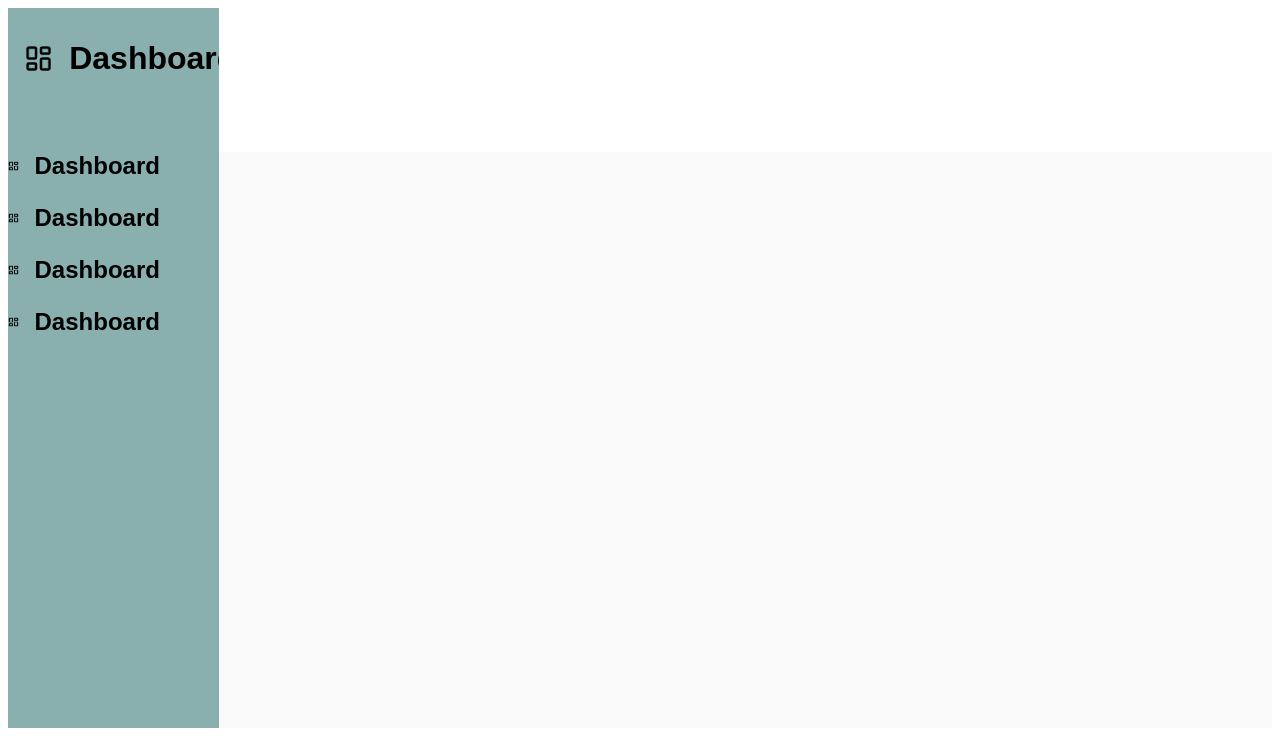
Repository: yeetzpxoci/dashboard
Page: index.html
These files come from the project's save history. The page is drawn as it stood at one moment and after the next save; the edit follows.
The browser window is 1280 px wide. The pictures show the whole page.

Above is the page before, as saved 2023-02-17 19:14:22.

### index.html
<!DOCTYPE html>
<html lang="en">
<head>
    <meta charset="UTF-8">
    <meta http-equiv="X-UA-Compatible" content="IE=edge">
    <meta name="viewport" content="width=device-width, initial-scale=1.0">
    <link rel="stylesheet" type="text/css" href="styles.css" />
    <title>Dashboard</title>
</head>
<body>
    <div class="sidebar">
        <div class="logo">
            <img src="dashboard-layout.png">
            <p>Dashboard</p>
        </div>

        <div class="icon-container">
            <div class="icon">
                <img src="dashboard-layout.png">
                <p>Dashboard</p>
            </div>

            <div class="icon">
                <img src="dashboard-layout.png">
                <p>Dashboard</p>
            </div>

            <div class="icon">
                <img src="dashboard-layout.png">
                <p>Dashboard</p>
            </div>

            <div class="icon">
                <img src="dashboard-layout.png">
                <p>Dashboard</p>
            </div>
        </div>
    </div>

    <div class="header">

    </div>

    <div class="main-content">

    </div>
</body>
</html>

### styles.css
body {
    min-height: 100vh;
    display: grid;
    grid-template-columns: 1fr 5fr;
    grid-template-rows: 1fr 4fr;
    font-family: Arial, Helvetica, sans-serif;
}

.sidebar {
    background-color: #89B0AE;
    grid-column: 1 / 2;
    grid-row: 1 / 3;
    display: grid;
    grid-template-rows: 1fr 2fr 2fr;
}

.icon-container {
    display: flex;
    flex-direction: column;
}

.logo, .icon {
    display: flex;
    align-items: center;
    font-weight: bold;
    gap: 16px;
}

.logo {
    font-size: 32px;
    align-self: baseline;
    margin-left: 16px;
}

.icon {
    margin-top: -24px;
    font-size: 24px;
}

.logo img {
    width: 15%;
}

.icon img {
    width: 5%;
}

.header {
    background-color: white;
    grid-column: 2 / 3;
    grid-row: 1 / 2;
}

.main-content {
    background-color: #FAF9F9;
    grid-column: 2 / 3;
    grid-row: 2 / 3;
}

After the next save:
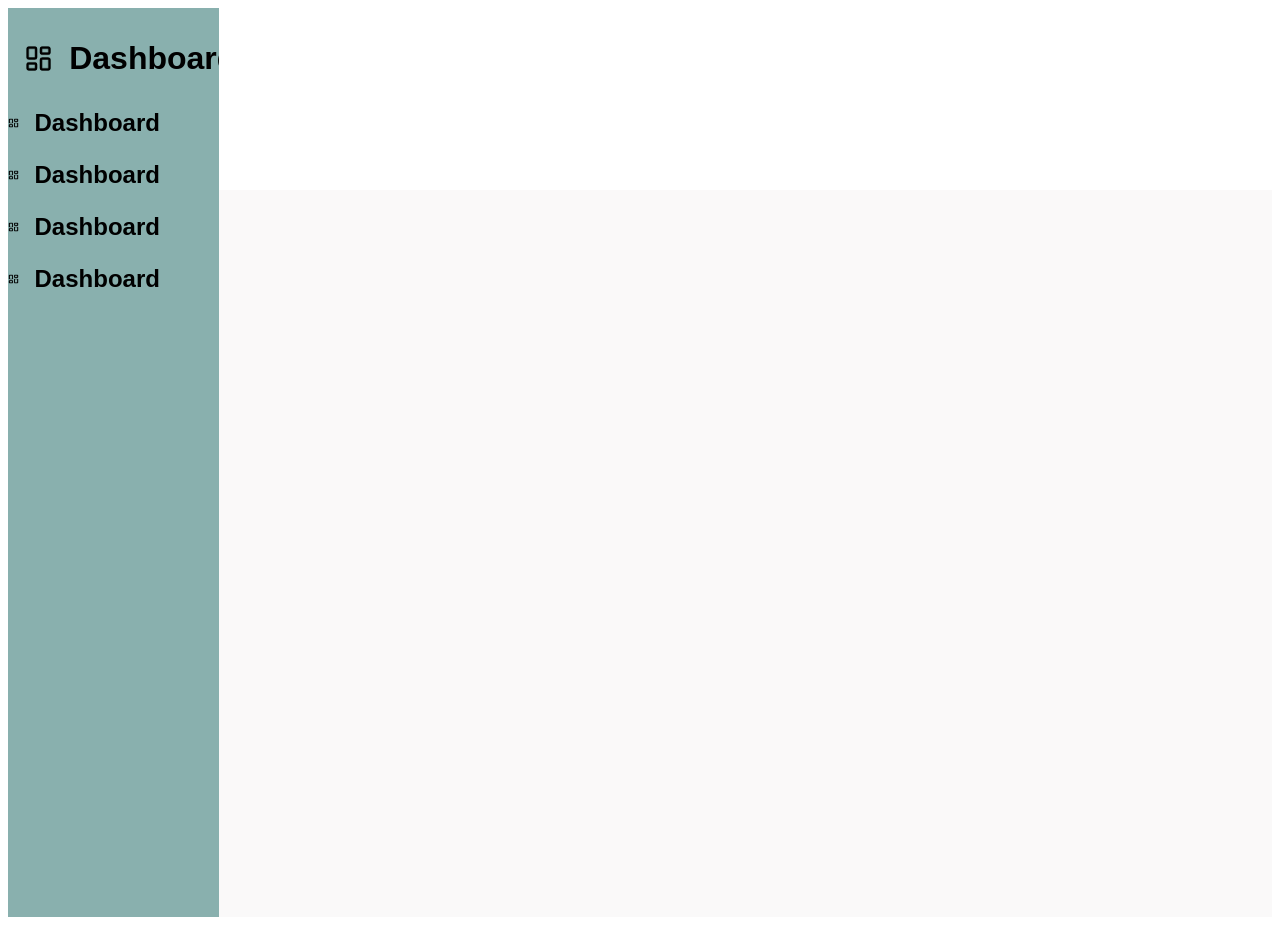
Saved 33 s later.
--- a/styles.css
+++ b/styles.css
@@ -11,7 +11,7 @@ body {
     grid-column: 1 / 2;
     grid-row: 1 / 3;
     display: grid;
-    grid-template-rows: 1fr 2fr 2fr;
+    grid-template-rows: 1fr 4fr 4fr;
 }
 
 .icon-container {
